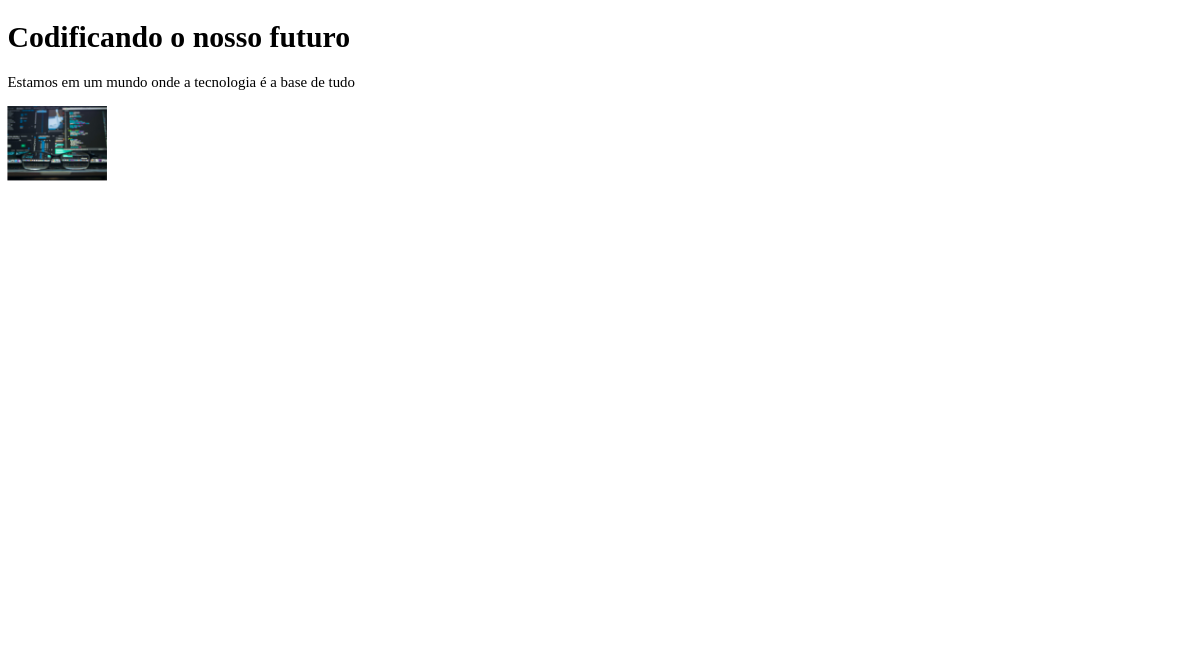
Repository: Caiquedev123/Sites
Page: index.html
These files come from the project's save history. The page is drawn as it stood at one moment and after a run of saves; the edit follows.
The browser window is 1280 px wide. The pictures show the whole page, at 93% of full size.

Above is the page before, as saved 2024-07-22 13:57:24.

After the next 5 saves:
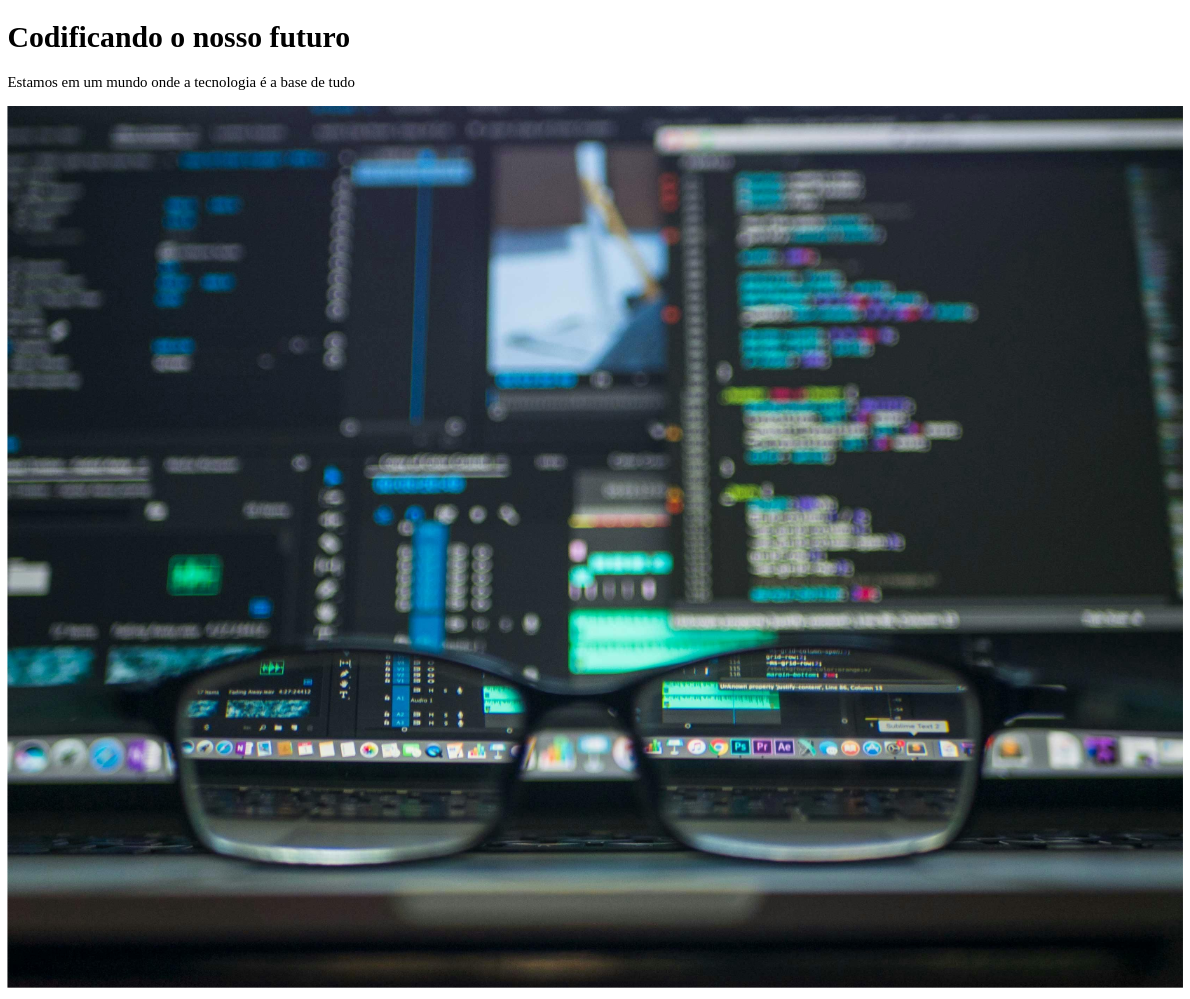
The 5 saves are shown as one change because they came seconds apart.
The last was saved 12 s later.
--- a/style.css
+++ b/style.css
@@ -1,5 +1,5 @@
 body{background-color: rgb(255, 255, 255);}
 
 img{
-    max-height: 80px;
+    width: 100%;
 }
